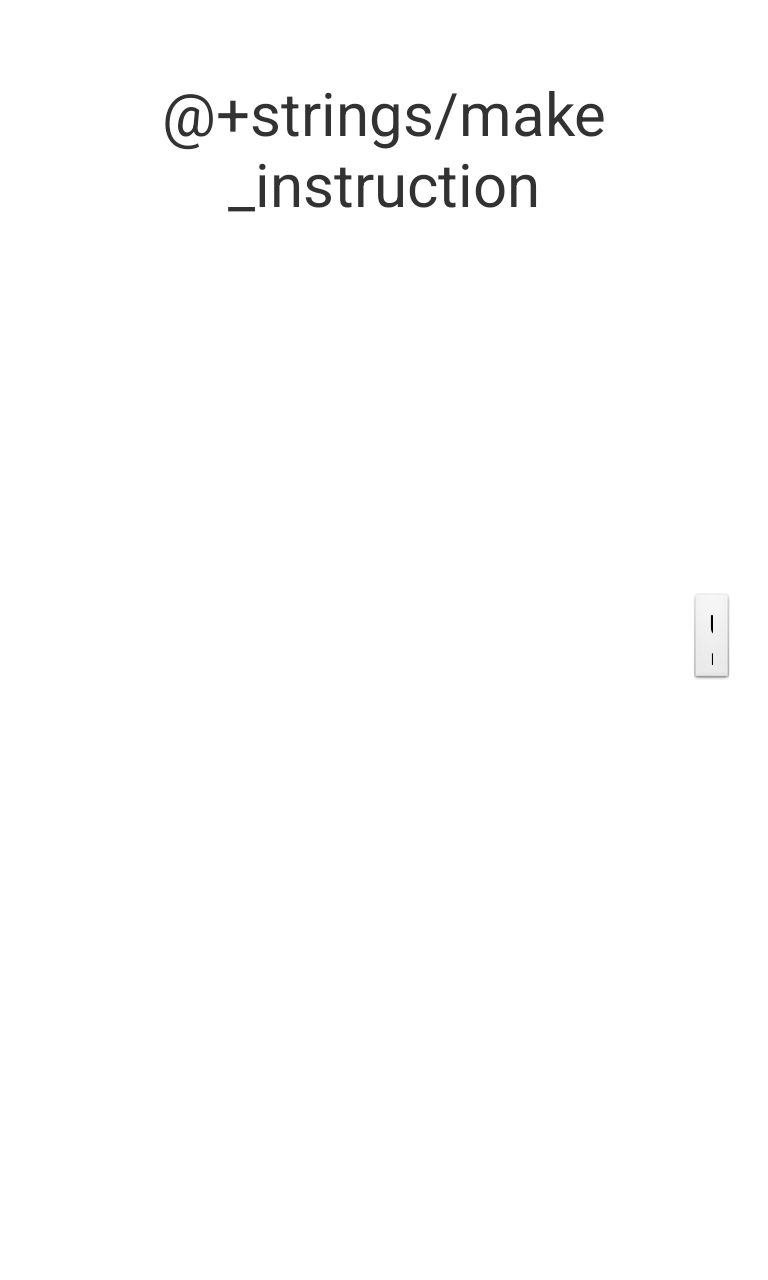
Repository: Hawaiii/filterapp
Layout: android/Filter/res/layout/activity_make.xml
An editor plug-in stored every save of this project. The layout is shown before and after the next save, followed by the edit.
It is drawn on a 768 x 1280 px phone screen (xhdpi) without system bars, with theme AppTheme; the app's code is not run.

Above is the layout before, as saved 2015-01-31 20:30:12.

After the next save:
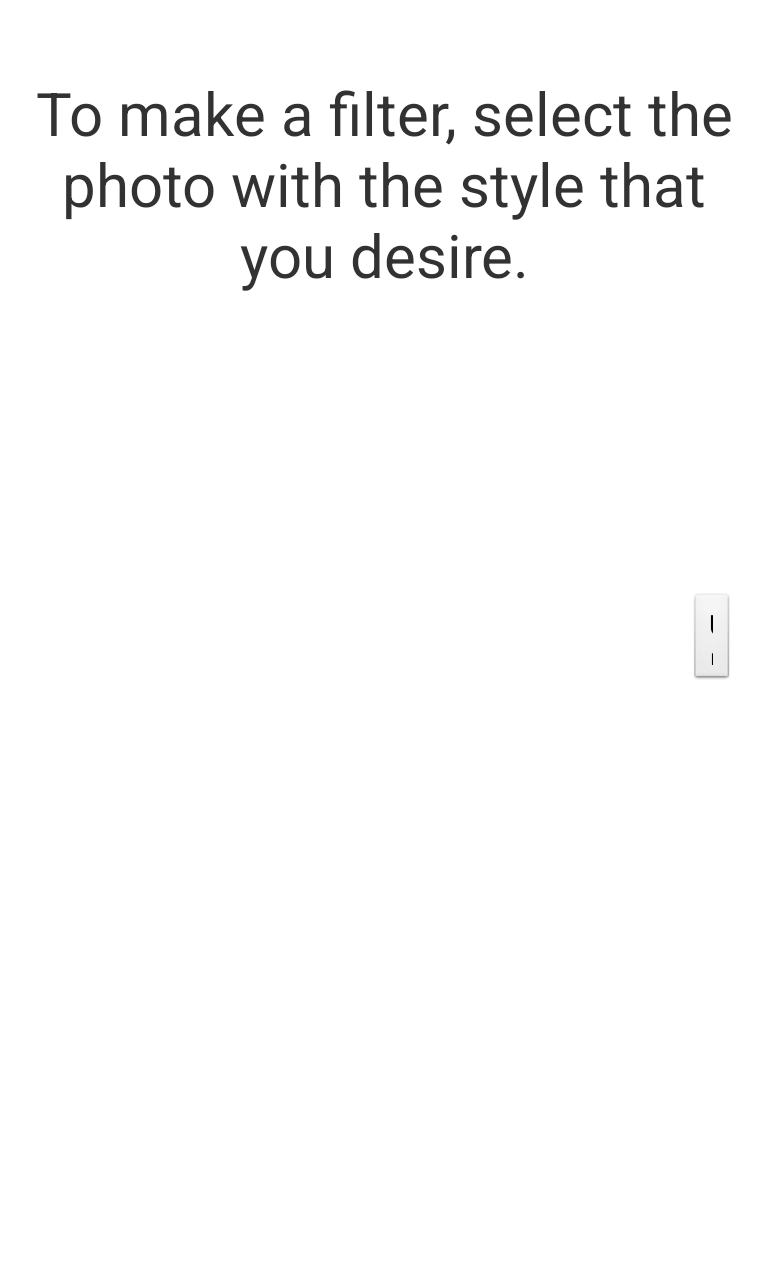
Saved 21 s later.
--- a/android/Filter/res/layout/activity_make.xml
+++ b/android/Filter/res/layout/activity_make.xml
@@ -16,7 +16,7 @@
         android:layout_centerHorizontal="true"
         android:layout_marginTop="20dp"
         android:gravity="center"
-        android:text="@+strings/make_instruction"
+        android:text="@+string/make_instruction"
         android:textSize="30dp" />
 
     <Button
